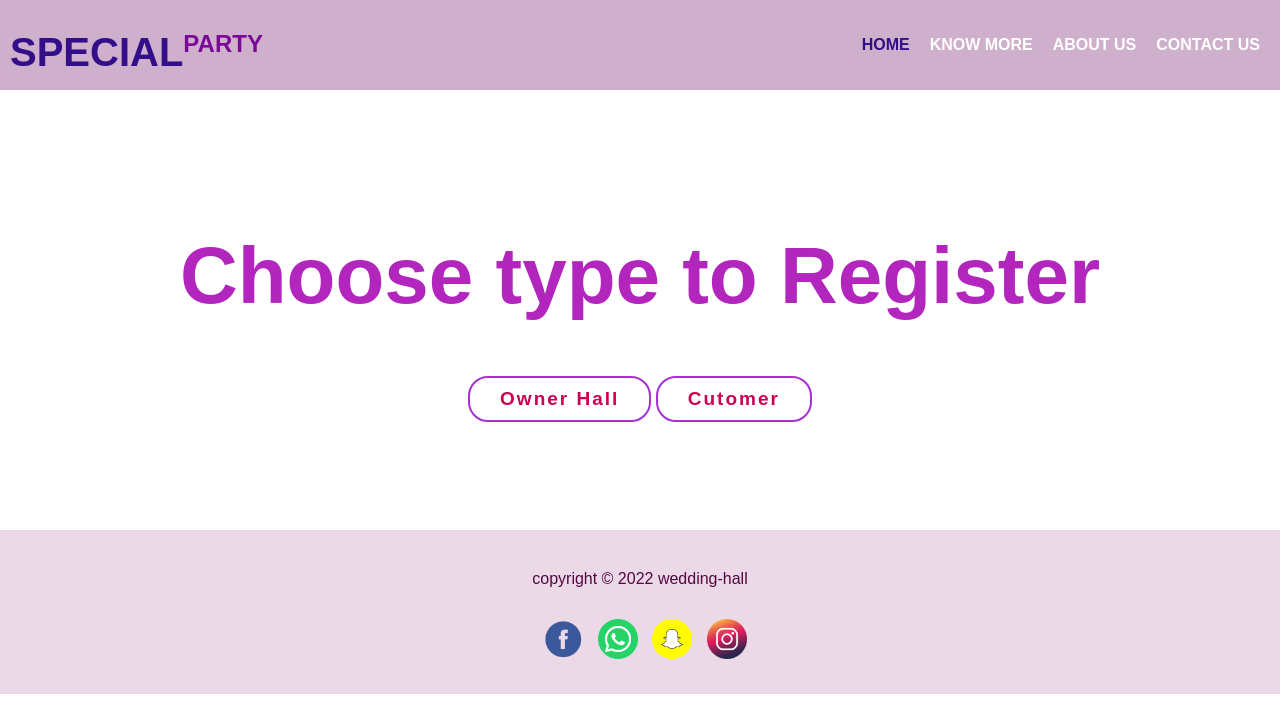
Repository: special4Party/Graduation-project-wedding-hall
Page: http://localhost/include/temp/choosing_type_signup.html
The author's editor kept a copy of each file at every save. The page is drawn from the files as they stood at one save, then again after the next save.
The browser window is 1280 px wide. The pictures show the whole page.
The page is run by PHP 8.4 with error messages shown; the project is at /var/www/html/.

Above is the page before, as saved 2022-04-14 14:27:05.

After the next save:
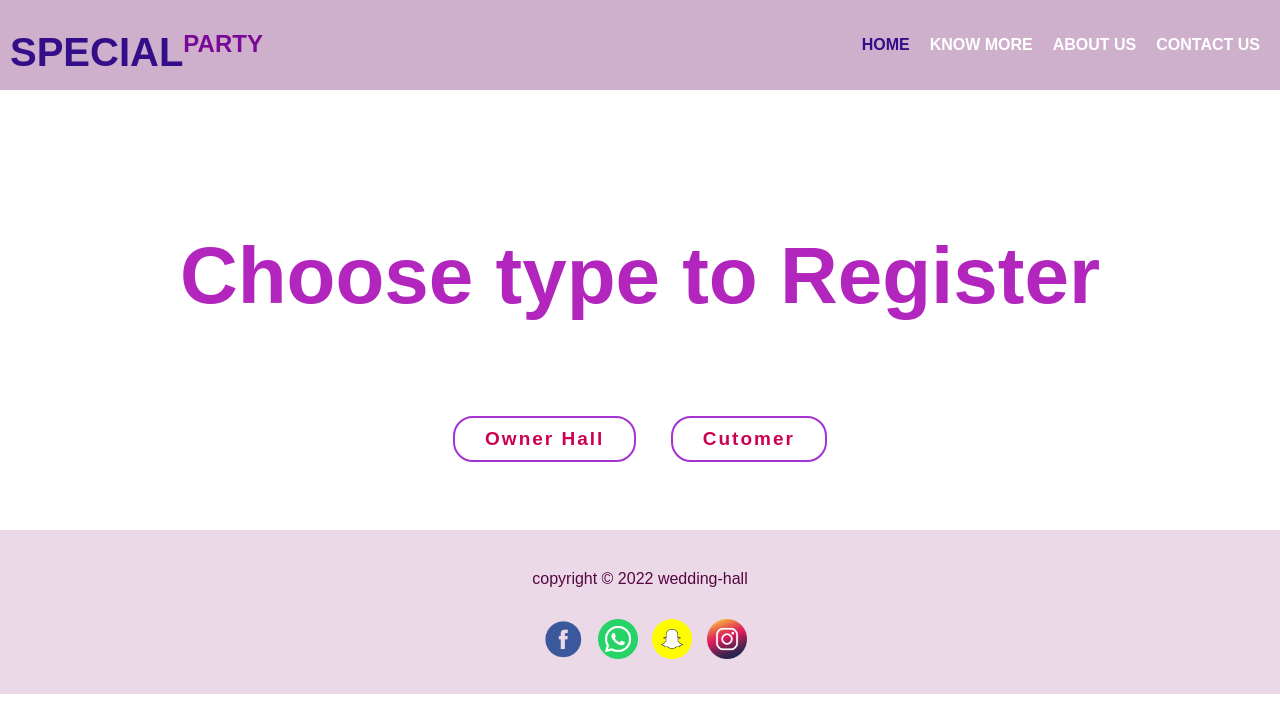
Saved 5 s later.
--- a/layout/css/type_signup.css
+++ b/layout/css/type_signup.css
@@ -75,7 +75,7 @@
     text-decoration: none;
     text-align: center;
     font-weight: bold;
-    margin: 40px15px;
+    margin: 40px 15px;
     border-radius: 20px;
 }
 .btn:hover{
